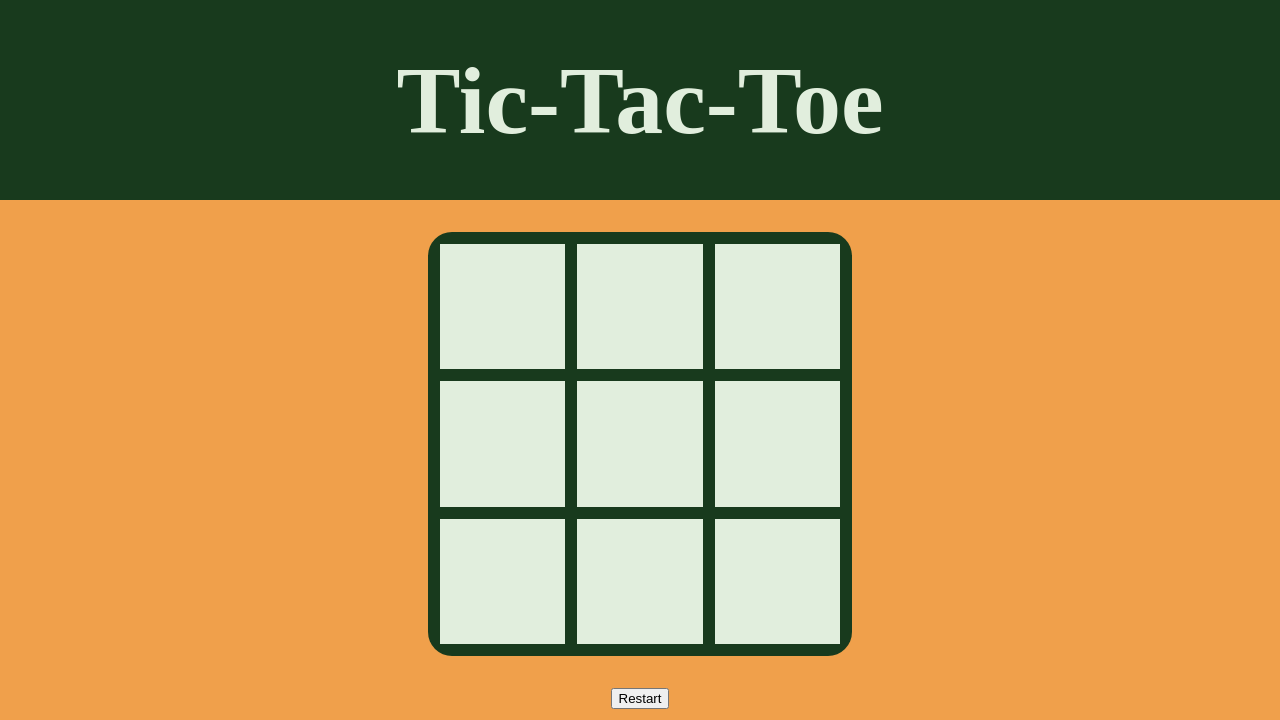
Repository: yeetzpxoci/tic-tac-toe
Page: index.html
These files come from the project's save history. The page is drawn as it stood at one moment and after the next save; the edit follows.
The browser window is 1280 px wide. The pictures show the whole page.

Above is the page before, as saved 2023-02-23 18:44:42.

### index.html
<!DOCTYPE html>
<html lang="en">
<head>
    <meta charset="UTF-8">
    <meta http-equiv="X-UA-Compatible" content="IE=edge">
    <meta name="viewport" content="width=device-width, initial-scale=1.0">
    <title>Tic Tac Toe</title>
    <link rel="stylesheet" type="text/css" href="styles.css" />
</head>
<body>
    <div class="header">
        Tic-Tac-Toe
    </div>
    <div class="board">
        <div class="square" data-index=0></div>

        <div class="square" data-index=1></div>

        <div class="square" data-index=2></div>

        <div class="square" data-index=3></div>

        <div class="square" data-index=4></div>

        <div class="square" data-index=5></div>

        <div class="square" data-index=6></div>

        <div class="square" data-index=7></div>

        <div class="square" data-index=8></div>
    </div>

    <button id="restart" onclick="game.restartGame()">Restart</button>
<script src="script.js"></script>
</body>
</html>

### styles.css
html, body {
    margin: 0;
    padding: 0;
    font-family: 'Tilt Warp', cursive;
}

body {
    display: flex;
    flex-direction: column;
    justify-content: center;
    align-items: center;
    min-width: 100vh;
    gap: 32px;
    background-color: #F0A04B;
}

.header {
    display: flex;
    justify-content: center;
    align-items: center;
    background-color: #183A1D;
    width: 100%;
    height: 200px;
    color: #E1EEDD;
    font-size: 96px;
    font-weight: bold;
}

.board {
    height: 400px;
    width: 400px;
    background-color: #183A1D;
    border-radius: 24px;
    border-width: 0px;
    padding: 12px;
    gap: 12px;
    font-size: 96px;
    font-family: Arial, Helvetica, sans-serif;
    font-weight: bolder;
    display: grid;
    grid-template-columns: repeat(3, 1fr);
    grid-template-rows: repeat(3, 1fr);
    user-select: none;
}

.square {
    display: flex;
    justify-content: center;
    align-items: center;
    background-color: #E1EEDD;
}

### script.js
const squares = document.getElementsByClassName("square");

const gameBoard = (() => {
    let gameBoard = ["", "", "", "", "", "", "", "", ""];

    const atIndex = (index) => {
        return gameBoard[index];
    }

    const playOn = (index, symbol) => {
        gameBoard[index] = symbol;
    }

    const resetBoard = () => {
        for (let i = 0; i < gameBoard.length; i++) {
            gameBoard[i] = "";
        }
    }

    const winner = (x, y, z) => {
        if ((gameBoard[x] === gameBoard[y]) && ((gameBoard[y] === gameBoard[z]) && (gameBoard[z] === "X"))
            || (gameBoard[x] === gameBoard[y]) && ((gameBoard[y] === gameBoard[z]) && (gameBoard[z] === "O"))) {
            return true;
        } else {
            return false;
        }
    }

    const checkWinner = () => {
        return winner(0, 1, 2)  // check for 3-in-a-row horizontally
            || winner(3, 4, 5)
            || winner(6, 7, 8)
            || winner(0, 3, 6)  // check for 3-in-a-row vertically
            || winner(1, 4, 7)
            || winner(2, 5, 8)
            || winner(0, 4, 8)  // check for 3-in-a-row diagonally
            || winner(6, 4, 2)
    }

    return {
        gameBoard, atIndex, playOn, resetBoard, winner, checkWinner
    };
})();

const players = (symbol) => {
    const play = (index) => gameBoard.playOn(index, symbol);
    return {
        symbol, play
    };
};

const game = (() => {
    let turn = "X";

    const playRound = (e) => {
        if (gameBoard.atIndex(e.currentTarget.dataset.index) === "") {
            players(turn).play(e.currentTarget.dataset.index);
            displayController.renderBoard();
            if (turn === "X") {
                turn = "O";
            } else {
                turn = "X";
            }
            if (gameBoard.checkWinner()) {
                displayController.disableSquares();
                alert("winner!");
            }
        }
    }

    const restartGame = () => {
        turn = "X";
        gameBoard.resetBoard();
        displayController.renderBoard();
        displayController.enableSquares();
    }

    return {
        turn, playRound, restartGame
    };
})();

const displayController = (() => {
    const renderBoard = () => {
        for (let i = 0; i < gameBoard.gameBoard.length; i++) {
            squares[i].innerHTML = gameBoard.gameBoard[i];
        }
    }

    const enableSquares = () => {
        for (let i = 0; i < squares.length; i++) {
            squares[i].addEventListener("click", game.playRound);
        }
    }

    const disableSquares = () => {
        for (let i = 0; i < squares.length; i++) {
            squares[i].removeEventListener("click", game.playRound);
        }
    }

    return {
        renderBoard, enableSquares, disableSquares
    }
})();

displayController.enableSquares();

After the next save:
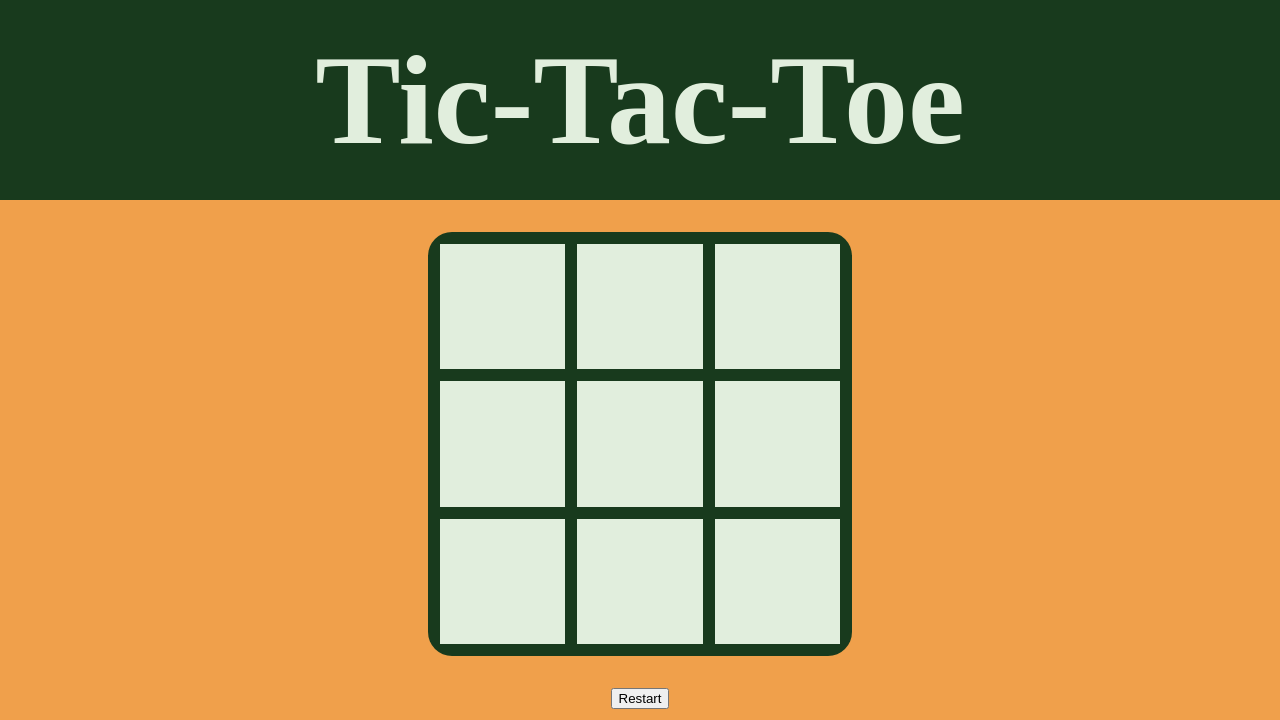
Saved 50 s later.
--- a/styles.css
+++ b/styles.css
@@ -22,7 +22,7 @@ body {
     width: 100%;
     height: 200px;
     color: #E1EEDD;
-    font-size: 96px;
+    font-size: 128px;
     font-weight: bold;
 }
 
